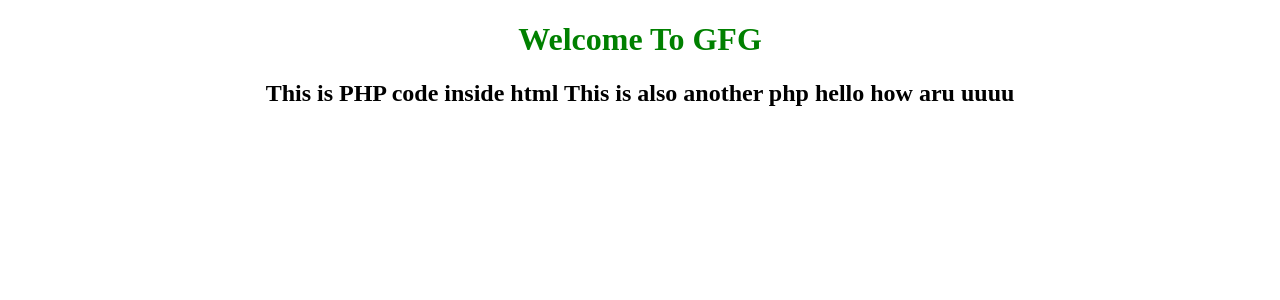
Repository: aashlinrajan/PHPprojectGH
Page: http://localhost/example1.php
The author's editor kept a copy of each file at every save. The page is drawn from the files as they stood at one save, then again after the next save.
The browser window is 1280 px wide. The pictures show the whole page.
The page is run by PHP 8.4 with error messages shown; the project is at /var/www/html/.

Above is the page before, as saved 2022-12-14 11:04:00.

### example1.php
<!DOCTYPE html>
<html>

<head>
    <style>
        h1 {
            color: green;
        }
    </style>
</head>

<body>
    <center>
        <h1>Welcome To GFG</h1>

        <h2>
            <?php
            echo "This is PHP code inside html";
            echo " This is also another php";

            echo " hello how aru uuuu";

            ?>
        </h2>
    </center>
</body>

</html>

After the next save:
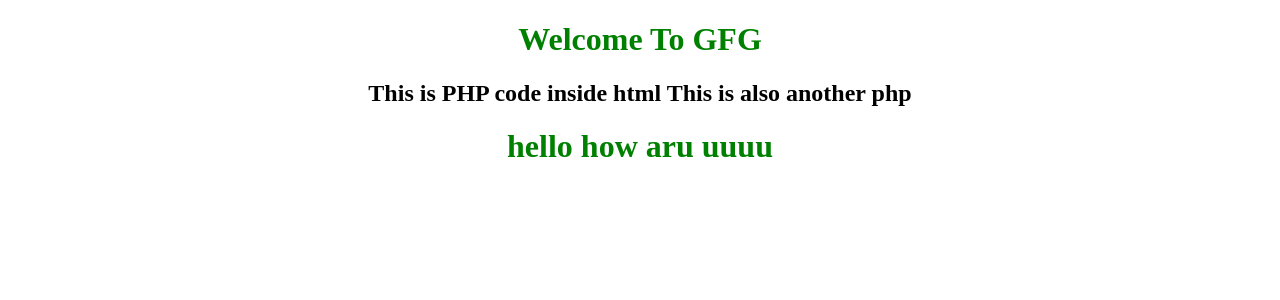
Saved 6 s later.
--- a/example1.php
+++ b/example1.php
@@ -18,7 +18,7 @@
             echo "This is PHP code inside html";
             echo " This is also another php";
 
-            echo " hello how aru uuuu";
+            echo "<h1> hello how aru uuuu";
 
             ?>
         </h2>
